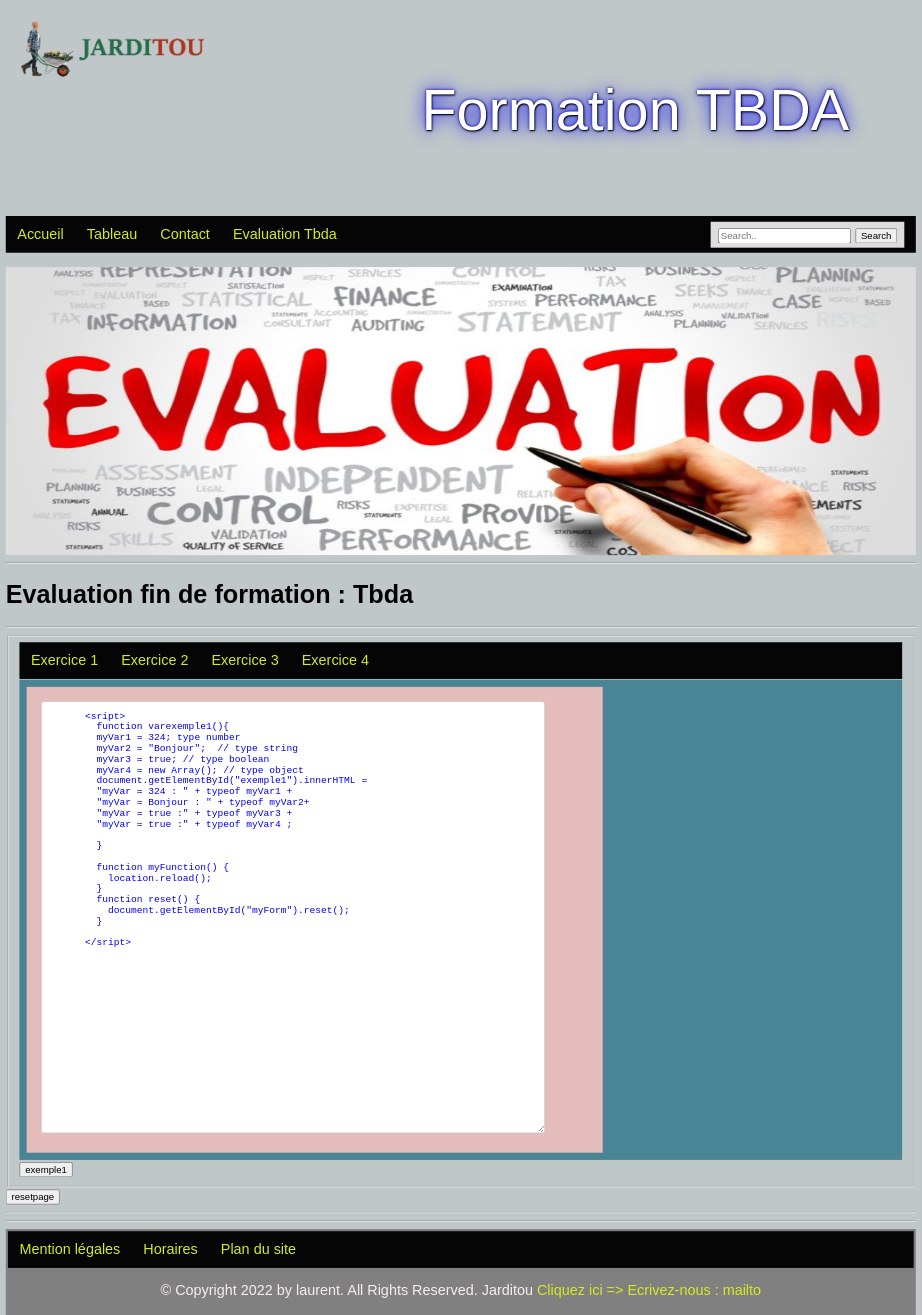
Repository: laurentbul/jarditou
Page: javascript/EvaluationTbda/evaluation_tbda.html
An editor plug-in stored every save of this project. The page is shown before and after the next save, followed by the edit.
The browser window is 1280 px wide. The pictures show the whole page, at 72% of full size.

Above is the page before, as saved 2022-12-15 03:37:45.

### javascript/EvaluationTbda/evaluation_tbda.html
<!DOCTYPE html>
<html lang="fr">

<head>
  <meta charset="UTF-8">
  <meta http-equiv="X-UA-Compatible" content="IE=edge">
  <meta name="viewport" content="width=device-width, initial-scale=1.0">
  <title>cours exercices HTML</title>
  <link rel="stylesheet" href="../assets/css/style.css" />

  <style>
    .flex-container2 {
      display: flex;
      background-color: rgb(73, 133, 149);
    }

    .flex-container2>div {
      background-color: #e4bcbc;
      margin: 10px;
      padding: 20px;
      font-size: 30px;
      width: 800px;
    }
  </style>
</head>

<body>
  <div class="flex-container">
    <div class="logo"><img src="../assets/img/jarditou_logo.png" alt="jarditou logo" title="jarditou logo"
        height="80" />
    </div>
    <div>
      <p class="slogan">Formation TBDA </p>
    </div>
  </div>
  <nav>
    <ul>
      <li><a href="../index.html">Accueil</a></li>
      <li><a href="../table.html">Tableau</a></li>
      <li><a href="../contact.html">Contact</a></li>
      <li><a href="evaluation_tbda.html">Evaluation Tbda</a></li>
      <li class="search-container">
        <div>
          <form action="/action_page.php">
            <input type="text" class="searchinput" placeholder="Search.." name="search" />
            <button type="submit">Search</button>
          </form>
        </div>
      </li>
    </ul>
  </nav>

  <img src="../assets/img/evaluation2.jpg" width="500" height="400" alt="qu'est ce que html" class="imgpromotion"
    title="promotion jarditou" />
  <hr />
  <h1>Evaluation fin de formation : Tbda</h1>
  <hr>



  <fieldset>
    <nav style="padding:1px 0; font-size:20px;">
      <ul>
        <li><a href="eval_ex1.html">Exercice 1 </a></li>
        <li><a href="eval_ex2.html">Exercice 2 </a></li>
        <li><a href="eval_ex3.html">Exercice 3</a></li>
        <li><a href="eval_ex4.html">Exercice 4</a></li>
      </ul>
    </nav>
    <div class="flex-container2">
      <div id="code">
        <textarea style="height: 600px;width: 700px; color: blue;">
      <sript>
        function varexemple1(){
        myVar1 = 324; type number
        myVar2 = "Bonjour";  // type string
        myVar3 = true; // type boolean
        myVar4 = new Array(); // type object
        document.getElementById("exemple1").innerHTML =
        "myVar = 324 : " + typeof myVar1 +
        "myVar = Bonjour : " + typeof myVar2+
        "myVar = true :" + typeof myVar3 +
        "myVar = true :" + typeof myVar4 ;

        }

        function myFunction() {
          location.reload();
        }
        function reset() {
          document.getElementById("myForm").reset();
        }

      </sript>
    </textarea>
      </div>
    </div>
    <div id="exemple1">
      <div><input type="button" onclick="varexemple1()" value="exemple1">

      </div>
    </div>
  </fieldset>


  <input type="button" onclick="myFunction()" value="resetpage">

  <hr>
  <script>
    function varexemple1() {
      myVar1 = 324;    /* type number*/
      myVar2 = "Bonjour";  // type string
      myVar3 = true; // type boolean
      myVar4 = new Array(); // type object
      document.getElementById("exemple1").innerHTML =
        "myVar = 324 : " + typeof myVar1 + "<br>" + "<br>" +
        "myVar = Bonjour : " + typeof myVar2 + "<br>" + "<br>" +
        "myVar = true :" + typeof myVar3 + "<br>" + "<br>" +
        "myVar = true :" + typeof myVar4 + "<br>" + "<br>"

    }

    function myFunction() {
      location.reload();
    }
    function reset() {
      document.getElementById("myForm").reset();
    }

  </script>

  <hr>
  <footer>
    <nav>
      <ul>
        <li><a href="mentionlegale.html">Mention légales</a></li>
        <li><a href="horaire.html">Horaires</a></li>
        <li><a href="plandusite.html">Plan du site</a></li>
      </ul>
    </nav>
    <p style="color: rgb(244, 238, 238);">
      &copy; Copyright 2022 by laurent. All Rights Reserved. Jarditou
      <a href="mailto:dave.loper@afpa.fr" title="Nous contacter">
        Cliquez ici => Ecrivez-nous : mailto
      </a>
    </p>
  </footer>
</body>

</html>

### javascript/assets/css/style.css
body {
  font-family: Arial, Helvetica, sans-serif;
  padding: 0px;
  background-color: rgb(192, 199, 201);
  font-size: 20px;
  height: 1500px;
}
h1{font-size: 35px;
}
h2{font-size: 20px;
}
.flex-container {
  display: flex;
}

.flex-container>div {
  padding: 20px;
}

.jarditou_logo {
  height: 80px;
}

.slogan {
  color: white;
  text-shadow: 1px 1px 2px black, 0 0 25px blue, 0 0 5px darkblue;
  font-size: 40px;
  margin-left: 250px;
  font-size: 80px;
}

ul {
  list-style-type: none;
  margin: 0;
  padding: 0;
  overflow: hidden;
  background-color: rgb(5, 5, 5);
}

li {
  float: left;
}

li a {
  display: block;
  color: white;
  text-align: center;
  padding: 14px 16px;
  text-decoration: none;
}

li a:hover:not(.active) {
  background-color: rgb(240, 10, 10);
}

.active {
  background-color: #4caf50;
}

a:link {
  color: rgb(214, 235, 28);
  background-color: transparent;
  text-decoration: none;
}

ul.a {

  background-color: rgb(179, 167, 167);

  color:rgb(42, 226, 211);

}


aside {
  width: 30%;
  height: 25%px;
  padding-left: 15px;
  float: right;
  font-style: italic;
  background-color: lightgray;
  margin-right: 60px;
  /*display:none */ /*===========correction =======================*/
}



.imgpromotion {
  display: block;
  margin-top: 20px;
  margin-left: auto;
  margin-right: auto;
  width: 100%;
}


footer {
  text-align: center;
  padding: 3px;
  background-color: gray;
  color: white;
}


.search-container {
  float: right;
  padding: 6px 10px;
  margin-top: 8px;
  margin-right: 16px;
  background: #ddd;
  font-size: 20px;
  border: none;
  cursor: pointer;
}


* {
  box-sizing: border-box;
}

input[type=text]:not(.searchinput),
select,
textarea {
  width: 100%;
  padding: 12px;
  border: 1px solid #ccc;
  border-radius: 4px;
  resize: vertical;
}



input[type=submit] {
  display: block;
  margin: 0px;
  width: 100%;
  padding: 12px;
  background-color: rgb(211, 211, 212);
}


input[type=submit]:hover {
  background-color: #d6c82f;
}

.container {
  border-radius: 5px;
  background-color: #af1818;
  padding: 20px;
}

#pays {
  font-size: 20px;
}

#birthday {
  font-size: 20px;
}

table {
  margin-bottom: 50px;
  margin-left: 100px;
}


th,
td {
  border: 1px solid black;
  border-collapse: collapse;
  margin-left: 100px;
  margin-bottom: 10px;
  background-color: #3f3324;
}

th {
  background-color: gray;
}

tr {
  color: azure;
}

table {
  width: 50%;
}

.btncontact {
  height: 45px;
  width: 200px;
  background-color: hsl(127, 4%, 46%);
  font-size: 20px;
  margin-left: 100px;
}

.btncontact:hover {
  background-color: #6ab0d8;
  color: white;
}

/* Responsive layout - when the screen is less than 768px wide, make the two columns stack on top of each other instead of next to each other */
@media screen and (max-width: 768px) {

  body {

    background-color: lavender;
    font-size: 14px;
  }


  .flex-container {
    display: flex;
  }

  .flex-container>div {
    padding: 0px;

  }

  .jarditou_logo {
    height: 80px;
  }

  .slogan {
    color: white;
    text-shadow: 1px 1px 2px black, 0 0 25px blue, 0 0 5px darkblue;
    margin-left: 0px;
    font-size: 40px;
  }

  ul {
    list-style-type: none;
    background-color: #367791;
    width: 768px;
  }

  li {
    background-color: rgb(10, 10, 10);
    display: flex;
    justify-content: center;
    width: 768px;
  }

  li a:hover:not(.active) {
    background-color: rgb(240, 10, 10);
  }

  aside{
    visibility: hidden;
}


}

.error{
  color: rgb(197, 22, 22);
}

After the next save:
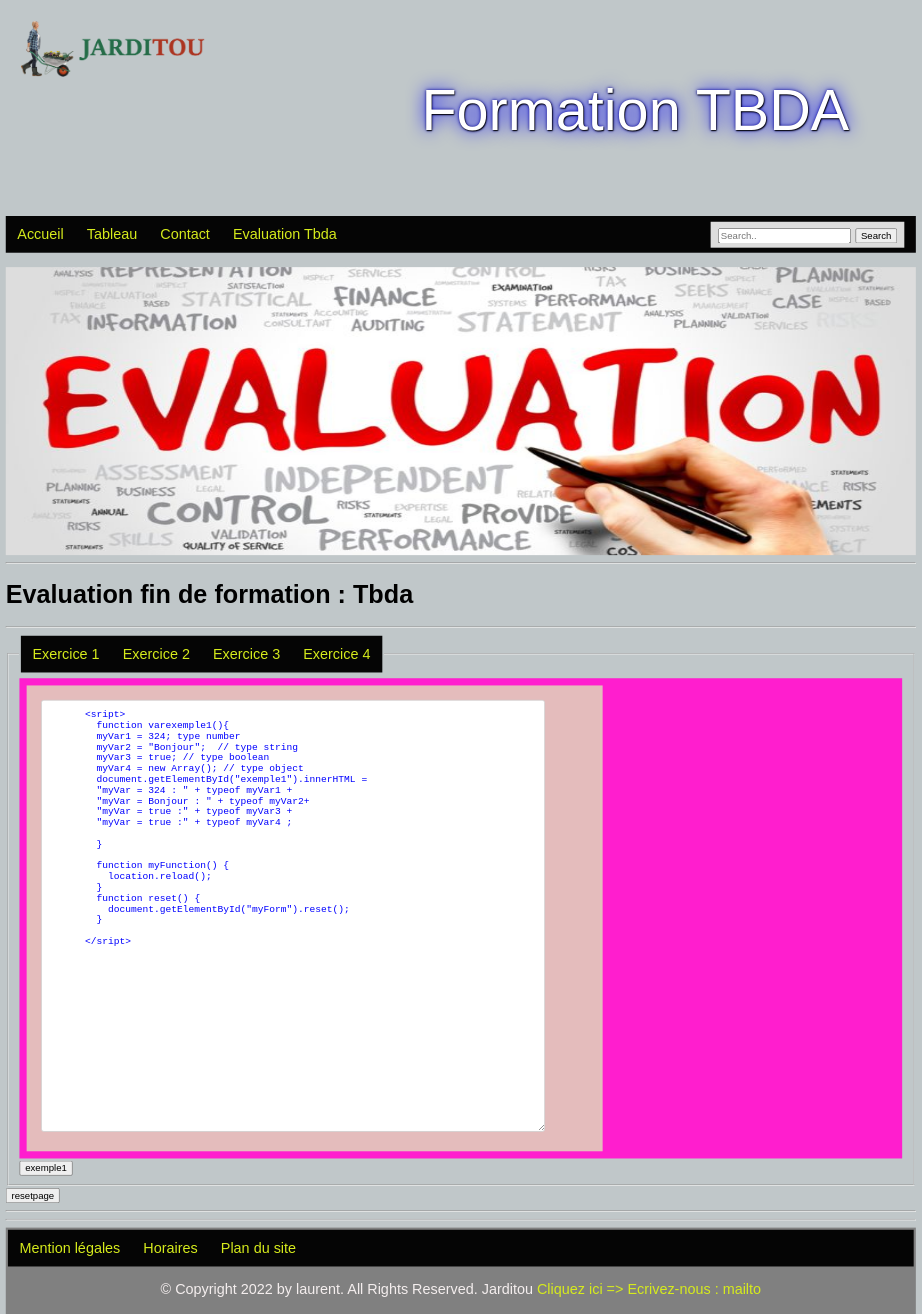
Saved 30 s later.
--- a/javascript/EvaluationTbda/evaluation_tbda.html
+++ b/javascript/EvaluationTbda/evaluation_tbda.html
@@ -11,7 +11,7 @@
   <style>
     .flex-container2 {
       display: flex;
-      background-color: rgb(73, 133, 149);
+      background-color: rgb(255, 30, 206);
     }
 
     .flex-container2>div {
@@ -59,14 +59,17 @@
 
 
   <fieldset>
-    <nav style="padding:1px 0; font-size:20px;">
-      <ul>
-        <li><a href="eval_ex1.html">Exercice 1 </a></li>
-        <li><a href="eval_ex2.html">Exercice 2 </a></li>
-        <li><a href="eval_ex3.html">Exercice 3</a></li>
-        <li><a href="eval_ex4.html">Exercice 4</a></li>
-      </ul>
-    </nav>
+    <legend >
+      <nav style="padding:1px 0; font-size:20px;">
+        <ul>
+          <li><a href="eval_ex1.html">Exercice 1 </a></li>
+          <li><a href="eval_ex2.html">Exercice 2 </a></li>
+          <li><a href="eval_ex3.html">Exercice 3</a></li>
+          <li><a href="eval_ex4.html">Exercice 4</a></li>
+          </li>
+        </ul>
+      </nav>
+    </legend>
     <div class="flex-container2">
       <div id="code">
         <textarea style="height: 600px;width: 700px; color: blue;">
@@ -95,16 +98,16 @@
     </textarea>
       </div>
     </div>
-    <div id="exemple1">
-      <div><input type="button" onclick="varexemple1()" value="exemple1">
+      <div id="exemple1">
+        <div><input type="button" onclick="varexemple1()" value="exemple1">
 
-      </div>
-    </div>
+        </div>
+
   </fieldset>
 
 
-  <input type="button" onclick="myFunction()" value="resetpage">
-
+  <input type="button" onclick="myFunction()" value="resetpage"></div>
+  </div>
   <hr>
   <script>
     function varexemple1() {
